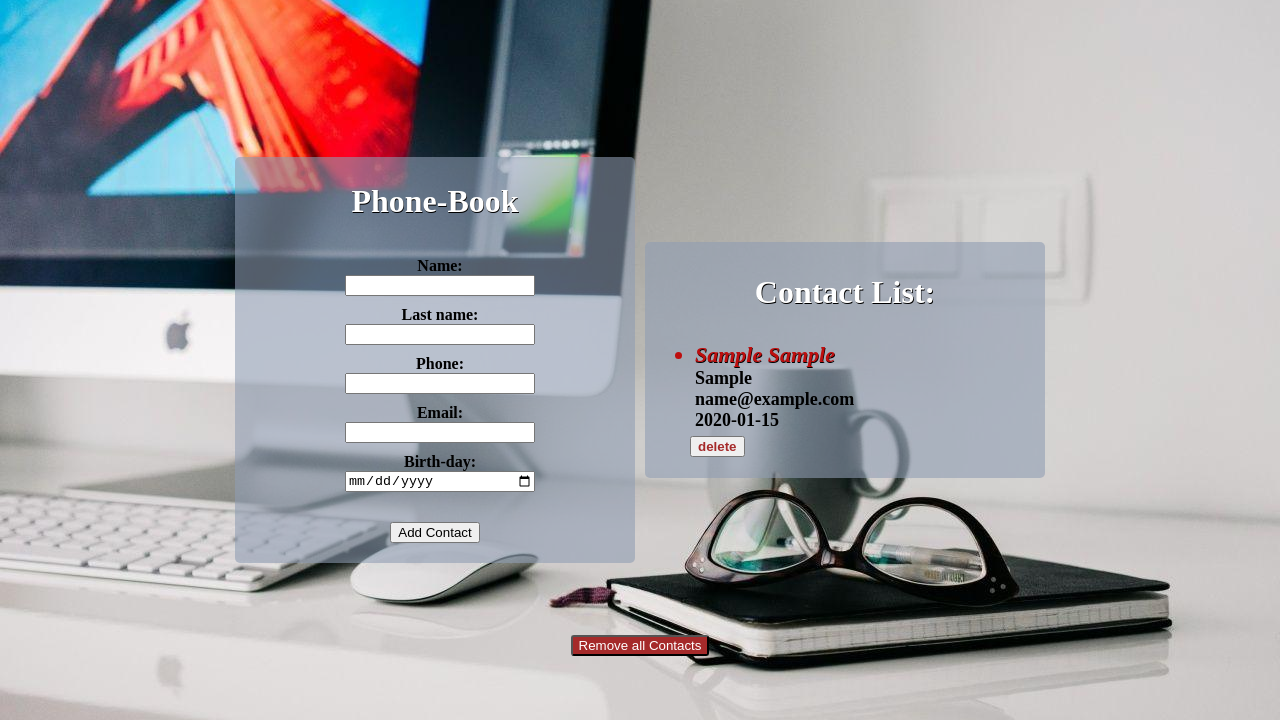
Repository: STA1357/Phone-book
Page: Inner.html
These files come from the project's save history. The page is drawn as it stood at one moment and after the next save; the edit follows.
The browser window is 1280 px wide. The pictures show the whole page.
Empty fields were first filled with sample values (such as "Sample", 5 or name@example.com).
After loading, the first visible `#form` was submitted once.

Above is the page before, as saved 2020-12-12 10:49:27.

### Inner.html
<!DOCTYPE html>
<html lang="en">
<head>
    <meta charset="UTF-8">
    <meta name="viewport" content="width=device-width, initial-scale=1.0">
    <title>Phone Book</title>
    <link rel="stylesheet" href="./styles.css">
    <script src="./app.js"></script>
</head>
<body>
    <form action="#" method="POST" id="form" class="form">

        <header>
            <div class="header-title">
                <h1>Phone-Book</h1>
            </div>
        </header>

        <main>
            <div class="container">

                <div class="form-control">
                <label for="name">Name:</label>
                <input type="text" id="nameInput">
                <small>Error message</small>
                </div>

                <div class="form-control">
                <label for="lname">Last name:</label>
                <input type="text" id="lnameInput">
                <small>Error message</small>
                </div>

                <div class="form-control">
                <label for="tel">Phone:</label>
                <input type="text" id="telInput" class="tellinput">
                <small>Error message</small>
                </div>


                <div class="form-control">
                <label for="email">Email:</label>
                <input type="email" id="emailInput">
                <small>Error message</small>
                </div>


                <div class="form-control">
                <label for="birthname">Birth-day:</label>
                <input type="date" id="birthInput">
                <small>Error message</small>
                </div>

            </div>

        </main>

        <div class="btn">
        <button type="submit" id="btnAdd">Add Contact</button>
    </div>
    </form>
<div class="list-container">
    <h2 class="listTitle">Contact List:</h2>
    <ul id="contactsCount"></ul>
    <ul id="users"></ul>
</div>

<div class="clearBook">
    <button id="clearBookBtn" class="clearBookBtn" onclick="removeAll()">Remove all Contacts</button>
</div>

</body>
</html>

### styles.css
*{
    box-sizing: border-box;

}

body{
    display: flex;
    flex-direction: row;
    align-items: center;
    justify-content: center;
    min-height: 100vh;
    margin: 0;
    background: url("./wp3990421-office-wallpapers.jpg") no-repeat fixed center center;
    background-size: cover;
}

.header-title{
    color: white;
    text-shadow: 0.5px 0.5px black;
}

form{

    background-color: rgba(144, 156, 179, 0.589);
    width: 400px;
    max-width: 100%;
    margin-right: 10px;
    text-align: center;
    border-radius: 5px;
    position: relative;
}

main{
    margin-left: 25%;
}

.container{
    text-align: center;
    display: block;
    width: 70%;
}

.list-container{
    background-color: rgba(144, 156, 179, 0.589);
    width: 400px;
    max-width: 100%;
    page-break-after: 30px 40px;
    border-radius: 5px;
}

.listTitle{
    color: white;
    text-shadow: 0.7px 0.7px black;
    font-size: 32px;
}

.titleLi{
    color: rgb(190, 14, 14);
    text-shadow: 0.5px 0.5px black;
    font-size: 22px;
}

.infoList{
    color: black;
    font-size: 18px;
}

h2{
    text-align: center;
}

label{
    font-weight: bold;
}

input{
    width: 100%;
}








.btn{
    padding: 20px 0;
}


.selected{
    background-color: skyblue;
    color: black;
    text-shadow: 0.5px 0.5px grey;
}

.deleteBtn::before{
    color: brown;
    content: "delete";
    font-weight: bold;
}

.deleteAll::before{
    color: brown;
    content: "delete";
}

div{
    padding: 5px;
}

li{
    font-weight: bold;
    font-style: italic;
}

.clearBook{
    display: block;
    position: fixed;

}

.clearBookBtn{
    margin-top: 570px;
    background-color: brown;
    color: white;
    border-radius: 3px;
}

.form-control.success input{
    border-color: rgb(18, 206, 18);
}

.form-control.error input{
    border-color: rgb(224, 68, 68);
}


.form-control small {
	color: rgb(224, 68, 68);
	position: absolute;
	bottom: 0;
	left: 0;
	visibility: hidden;
}

.form-control.error small{
    visibility: visible;
}

### app.js


window.onload = function() {
    const localKey = 'contactsCollection';
    const form = document.querySelector('form');
    const list = document.getElementById('users');
    const userName = document.getElementById('nameInput');
    const userLname = document.getElementById('lnameInput');
    const userTel = document.getElementById('telInput');
    const userEmail = document.getElementById('emailInput');
    const userBirth = document.getElementById('birthInput');

    //validation
    function checkInputs() {
        const userNameValue = userName.value.trim();
        const userLnameValue = userLname.value.trim();
        const userTelValue = userTel.value.trim();
        const userEmailValue = userEmail.value.trim();
        const userBirthValue = userBirth.value.trim();

    form.addEventListener('submit', e => {
        e.preventDefault();

        checkInputs();
    })

    if(userNameValue === ''){
        setErrorFor (userName, 'Can not skip user name')
    } else {
        setSuccessFor (userName);
    }
    if(userLnameValue === ''){
        setErrorFor (userLname, 'Can not skip user last-name')
    } else {
        setSuccessFor (userLname);
    }
    if(userTelValue === ''){
        setErrorFor (userTel, 'Can not skip user phone')
    } else {
        setSuccessFor (userTel);
    }
    if(userEmailValue === ''){
        setErrorFor (userEmail, 'Can not skip email')
    } else {
        setSuccessFor (userEmail);
    }
    if(userBirthValue === ''){
        setErrorFor (userBirth, 'Can not skip user birthday')
    } else {
        setSuccessFor (userBirth);
    }

    function setErrorFor (input, message) {
        const formControl = input.parentElement;
        const small = formControl.querySelector('small');
        formControl.className = 'form-control error';
        small.innerText = message;
        }

        function setSuccessFor (input) {
            const formControl = input.parentElement;
        formControl.className = 'form-control success';
        }
    }


    let contactsList = getContacts();
    let activeContact = null;

    generateContactList();



    function getContacts() {
        const res = localStorage.getItem(localKey);
        return res ? JSON.parse(res) : [];
    }

    function setToStorage(data) {
        localStorage.setItem(localKey, data);
    }

    function updateContactList(newList) {
        const string = JSON.stringify(newList);
        contactsList = newList;
        setToStorage(string);
        generateContactList();
    }

    function recordContact(newContact) {
        updateContactList([...contactsList, newContact])
    }

    function updateContact(newData) {
        contactsList = contactsList.map(contact => contact.id === newData.id ? newData : contact);
        updateContactList(contactsList);
    }

    function deleteContact(removeId) {
        contactsList = contactsList.filter(({ id }) => id !== removeId);
        updateContactList(contactsList);
    }

    function setActiveContact(id) {
        const contact = document.getElementById(`contact-${id}`);
        contact.classList.toggle('active');
    }

    function generateContactList() {
        console.log(contactsList);
        const fragment = document.createDocumentFragment();
        contactsList.forEach((contact) => {
            const { id, name, lastName, phone, mail, birthDay } = contact;
            const container = document.createElement('div');

            container.onclick = () => setActiveContact(id);
            container.id = `contact-${id}`;
            const title = document.createElement('li');
            title.className = 'titleLi'
            title.innerText = `${name} ${lastName}`;

            const infoList = document.createElement('b');
            infoList.className = 'infoList'
            infoList.innerText = `${phone}
            ${mail}
            ${birthDay}`;
            // phonesList.innerText = phones.join(' ');
            container.appendChild(title);
            container.appendChild(infoList);
            fragment.appendChild(container);

            const deleteBtn = document.createElement('button');
            deleteBtn.className = 'deleteBtn'
            fragment.appendChild(deleteBtn);
            deleteBtn.addEventListener('mousedown', function (e) {
                e.preventDefault();
            })

            deleteBtn.addEventListener('click', function (e) {
                console.log(e);
                container.removeChild(title);
                container.removeChild(infoList);
                deleteBtn.style.display = 'none';

            })
            document.getElementById('nameInput').value = "";
            document.getElementById('lnameInput').value = "";
            document.getElementById('telInput').value = "";
            document.getElementById('emailInput').value = "";
            document.getElementById('birthInput').value = "";

            //const btn = document.createElement('button');
            //btn.onclick = () => !deleteContact(removeId);
            //btn.appendChild(container)
            //window.localStorage.clear();

            container.addEventListener('mousedown', function (e) {
                e.preventDefault();
            })

            container.addEventListener('click', function (e) {
                console.log(e);


                if (e.target == this) {
                    return false;

                }
                if (!e.ctrlKey) {
                    clearSelected(this.children);
                }
                addSelected(e.target);
            })

            function clearSelected(elems) {
                for (let elem of elems) {
                    elem.classList.remove('selected');
                }
            }

            function addSelected(target) {
                target.classList.add('selected');
            }
        });


        list.innerHTML = '';
        list.appendChild(fragment);


    }

    function getId() {
        return '_' + Math.random().toString(36).substr(2, 9);
    };

    form.onsubmit = (event) => {
        event.preventDefault();
        const contact = {
            id: getId(),
            name: userName.value,
            lastName: userLname.value,
            phone: userTel.value,
            mail: userEmail.value,
            birthDay: userBirth.value
        }
        recordContact(contact);
        console.log(contact);
    }



}

function removeAll(){
    if(window.confirm("This action will remove all contacts. Are you sure?")){
        window.localStorage.clear();
        document.location.reload();
    }
}


function newFunction() {
    return document.getElementById('contactsCount');
}
//function move_up() {
//document.getElementById('list-container').scrollTop += 10;
//}

//function move_down() {
//document.getElementById('list-container').scrollTop -= 10;
//}

// const form = document.querySelector('form')
// const list = document.getElementById('users')
// const userName = document.getElementById('nameInput')
// const userLname = document.getElementById('lnameInput')
// const userTel = document.getElementById('telInput')
// const userEmail = document.getElementById('emailInput')
// const userBirth = document.getElementById('birthInput')
// const entry = document.createElement('li')


// function addUser() {
//     const list = document.getElementById('users')
//     const userName = document.getElementById('nameInput')
//     const userLname = document.getElementById('lnameInput')
//     const userTel = document.getElementById('telInput')
//     const userEmail = document.getElementById('emailInput')
//     const userBirth = document.getElementById('birthInput')
//     const entry = document.createElement('li')
//     entry.appendChild(document.createTextNode(userName.value + ' ' + userLname.value + ' '
//     + userTel.value + ' ' + userEmail.value + ' ' + userBirth.value))
//     list.appendChild(entry)
//     return false

// }

// let bookContacts = [];

// const addContacts = (ev) => {
//     ev.preventDefault();
//     let contact = {
//         name: document.getElementById('nameInput').value,
//         lname: userLname.value,
//         tel: userTel.value,
//         email: userEmail.value,
//         birthday: userBirth.value
//     }
//     bookContacts.push(contact);
//     document.forms[0].reset();
// }
// document.addEventListener('DomContentLoad', () =>{
//     document.getElementById('btnAdd').addEventListener('click',addContacts)
// })
// console.log(bookContacts);




/*class Person{
    constructor(options){
        this.name = options.name
        this.lname = options.lname
        this.tel = options.tel
        this.email = options.email
        this.birthday = options.birthday
    }
}

class User extends Person{
    static type = "User"
}

const user = new User({
    name: "",
    lname: "",
    tel: "",
    email:"",
    birthday:""
})


localStorage.setItem('userInfo', JSON.stringify(user));




const raw = localStorage.getItem('userInfo')
const userInfo = JSON.parse(raw)
userInfo.name = 'Maxim'

console.log(userInfo);*/

After the next save:
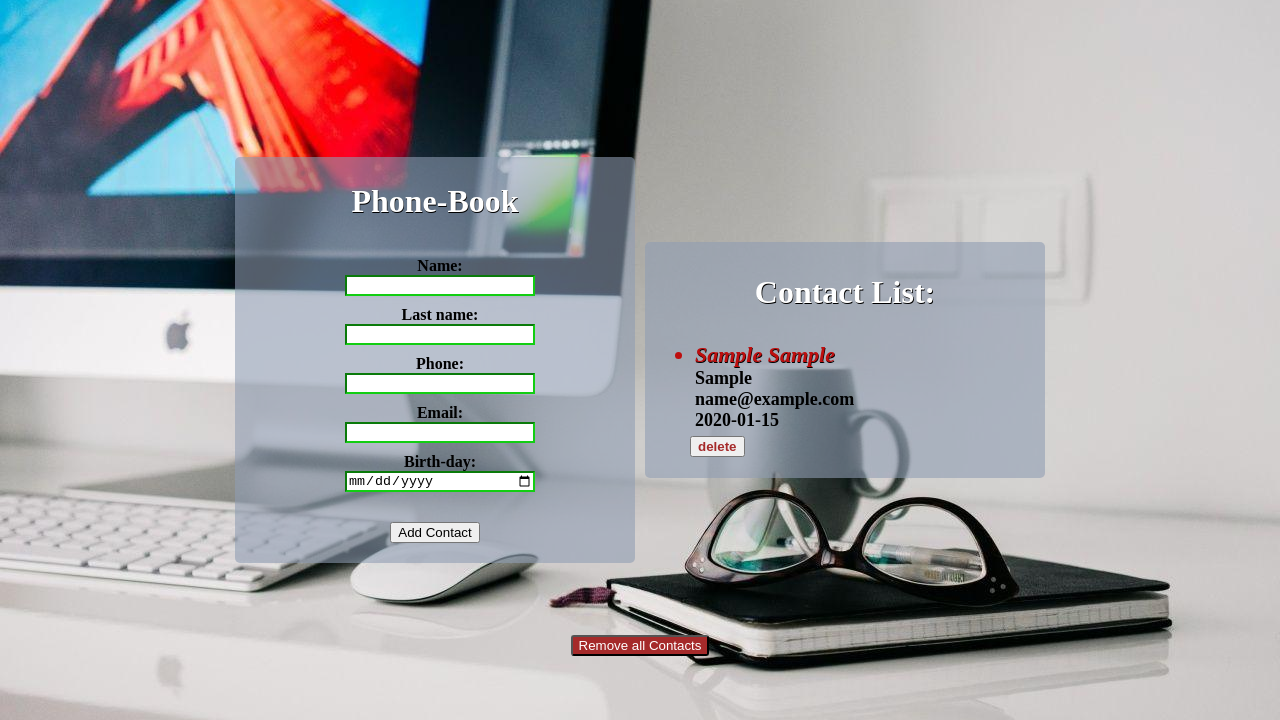
Saved 63 s later.
--- a/app.js
+++ b/app.js
@@ -11,6 +11,12 @@ window.onload = function() {
     const userBirth = document.getElementById('birthInput');
 
     //validation
+    form.addEventListener('submit', e => {
+        e.preventDefault();
+
+        checkInputs();
+    })
+
     function checkInputs() {
         const userNameValue = userName.value.trim();
         const userLnameValue = userLname.value.trim();
@@ -18,11 +24,7 @@ window.onload = function() {
         const userEmailValue = userEmail.value.trim();
         const userBirthValue = userBirth.value.trim();
 
-    form.addEventListener('submit', e => {
-        e.preventDefault();
-
-        checkInputs();
-    })
+
 
     if(userNameValue === ''){
         setErrorFor (userName, 'Can not skip user name')
